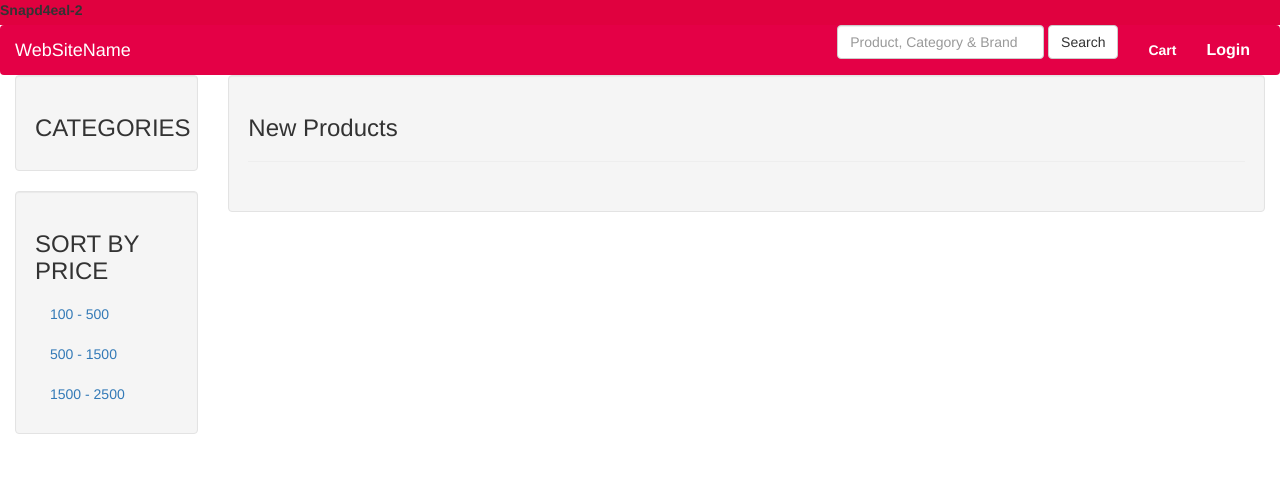
Repository: Aryans26/project
Page: http://localhost/frontend/WEB-INF/views/index.jsp
An editor plug-in stored every save of this project. The page is shown before and after the next save, followed by the edit.
The browser window is 1280 px wide. The pictures show the whole page.
Some web libraries are served in a nearby version. The page is served by Tomcat 9. Nobody is signed in. Other server files are loaded and not shown. The template is opened directly, without the code that normally fills it, so the values that code supplies are empty.

Above is the page before, as saved 2017-06-20 10:41:27.

### frontend/src/main/webapp/WEB-INF/views/index.jsp
<%@ taglib prefix="c" uri="http://www.springframework.org/tags"%>
<%@ taglib prefix="form" uri="http://www.springframework.org/tags/form"%>
<!doctype html>
<head>
<c:url value="/resource" var="res" />

<!-- <link rel="stylesheet" ref="https://maxcdn.bootstrapcdn.com/bootstrap/3.3.7/css/bootstrap.min.css"> -->
<script
	src="https://ajax.googleapis.com/ajax/libs/jquery/3.2.1/jquery.min.js"></script>
<script
	src="https://maxcdn.bootstrapcdn.com/bootstrap/3.3.7/js/bootstrap.min.js"></script>
<link rel="stylesheet" href="${res}/css/bootstrap.min.css" />
<link rel="stylesheet" href="${res}/css/style.css" />

</head>
<body>
<i class="fa fa-shopping-cart"></i>
	<%@include file="navbar.jsp"%>
	<%@include file="allproducts.jsp"%>
</body>
</html>

### frontend/src/main/webapp/WEB-INF/views/navbar.jsp
<%@ taglib prefix="c" uri="http://www.springframework.org/tags"%>
<%@ taglib prefix="form" uri="http://www.springframework.org/tags/form"%>
<%@ taglib prefix="security" uri="http://www.springframework.org/security/tags" %>
<%@ taglib prefix="c1" uri="http://java.sun.com/jsp/jstl/core"%>
<!DOCTYPE html >
<html>
<head>
<meta http-equiv="Content-Type" content="text/html; charset=ISO-8859-1">
<title>Insert title here</title>
</head>
<body>
	<div class="headder">
		<b>Snapd4eal-2</b>
	</div>

	<nav class="navbar navbar-default" style="color: white;">
		<div class="container-fluid">
			<div class="navbar-header">
				<button type="button" class="navbar-toggle" data-toggle="collapse" data-target="#myNavbar">
					<span class="icon-bar"></span> <span class="icon-bar"></span>
					<span class="icon-bar"></span>
				</button>
				<a class="navbar-brand" href="<c:url value="/"/>"
					style="color: white;">WebSiteName</a>
				<form class="navbar-form navbar-right visible-sm visible-xs">
					<div class="form-group">
						<input type="text" class="form-control"
							placeholder="Product, Category & Brand">
					</div>
					<button type="submit" class="btn btn-default">
						<i class="fa fa-search"></i>Search
					</button>

				</form>
			</div>
			<div class="collapse navbar-collapse" id="myNavbar">
			<c1:if test="${pageContext.request.userPrincipal.name!=null}">
			<security:authorize access="hasRole('ROLE_ADMIN')">
				<ul class="nav navbar-nav">
					<li style="color: white;"><a
						href="<c:url value="/category"/>">Add Category</a></li>
					<li style="color: white;"><a
						href="<c:url value="/addproduct"/>">Add Product</a></li>
					<li style="color: white;"><a
						href="<c:url value="/supplier"/>">Add Supplier</a></li>
<!-- 					<li style="color: white;"><a -->
<%-- 						href="<c:url value="/addcard"/>">Add Card</a></li> --%>

				</ul>
				</security:authorize>
				</c1:if>
				<ul class="nav navbar-nav navbar-right">
					<li><a href="<c:url value="/viewcart"/>"><i class="fa fa-shopping-cart"></i>
							Cart</a></li>

					<li class="dropdown"><a href="#" class="dropbtn"><span
							class="fa fa-sign-in"></span>
							<c1:if test="${pageContext.request.userPrincipal.name==null}"> Login </c1:if>
							 <c1:if test="${pageContext.request.userPrincipal.name!=null}">  Logout</c1:if></a>

						<div class="dropdown-content">
							<a href="#">your account</a>
							<a href="#">your orders</a>
							<c1:if test="${pageContext.request.userPrincipal.name==null}">

							<a href="<c:url value="/users"/>" class="hvr-reg-bordertop" > new user ?<br>
							<b>register</b></a>
<%-- <a href="<c:url value="/login"/>"><button type="button" class="btn btn-danger" style="width: 90%; margin: 10px;">Login</button></a> --%>
							<button type="button" class="btn btn-danger" data-toggle="modal"
								data-target="#myModal" style="width: 90%; margin: 10px;">Login</button>
								</c1:if>

								<c1:if test="${pageContext.request.userPrincipal.name!=null}">
					<a href="<c:url value="/j_spring_security_logout"/>"><button type="button" class="btn btn-danger" >Logout</button></a>
								</c1:if>
						</div></li>

				</ul>
				<form class="navbar-form navbar-right hidden-sm hidden-xs">
					<div class="form-group">
						<input type="text" class="form-control"
							placeholder="Product, Category & Brand">
					</div>
					<button type="submit" class="btn btn-default">
						<i class="fa fa-search"></i>Search
					</button>

				</form>

			</div>
		</div>
	</nav>


	<!-- Modal -->
	<div class="modal fade" id="myModal" role="dialog">
		<div class="modal-dialog modal-lg">
			<div class="modal-content">
				<div class="modal-header">
					<button type="button" class="close" data-dismiss="modal">&times;</button>
					<h4 class="modal-title">Login</h4>
				</div>
				<div class="modal-body">
				<c1:url value="/j_spring_security_check" var="a"/>
					<form role="form" method="post" action="${a} ">
						<div class="form-group">
				<label for="email">Email address:</label>
				<input type="email" class="form-control" id="email" name="j_username" placeholder="Email Id">
						</div>
						<div class="form-group">
				<label for="pwd">Password:</label>
				 <input type="password" class="form-control" id="pwd" name="j_password" placeholder="Password">
						</div>
						<div class="checkbox">
							<label><input type="checkbox"> Remember me</label>
						</div>
						<a class="cursor" data-dismiss="modal" data-toggle="modal"
							data-target="#myModal1">new User ? <b>register</b></a>
						<button type="submit" class="btn btn-success">Submit</button>
					</form>
				</div>
				<div class="modal-footer">
					<button type="button" class="btn btn-default" data-dismiss="modal">Close</button>
				</div>
			</div>
		</div>
	</div>

</body>
</html>

### frontend/src/main/webapp/WEB-INF/views/allproducts.jsp
<%@ taglib prefix="c" uri="http://www.springframework.org/tags"%>
<%@ taglib prefix="form" uri="http://www.springframework.org/tags/form"%>
<%@ taglib prefix="c1" uri="http://java.sun.com/jsp/jstl/core"%>
<%@ taglib prefix="security" uri="http://www.springframework.org/security/tags"%>
<!doctype html>
<head>
<c:url value="/resource" var="res" />

<!-- <link rel="stylesheet" ref="https://maxcdn.bootstrapcdn.com/bootstrap/3.3.7/css/bootstrap.min.css"> -->
<script
	src="https://ajax.googleapis.com/ajax/libs/jquery/3.2.1/jquery.min.js"></script>
<script
	src="https://maxcdn.bootstrapcdn.com/bootstrap/3.3.7/js/bootstrap.min.js"></script>
<link rel="stylesheet" href="${res}/css/bootstrap.min.css" />
<link rel="stylesheet" href="${res}/css/style.css" />

</head>
<body>



<div id="" class="col-md-2">
<div class="well well-small">
<h3>CATEGORIES</h3>
	<ul class="nav nav-list">
		<c1:forEach items="${categories}" var="cat">

      <li><a href="<c1:url value="/dispcategory/${cat.getC_id()}"/>"><span class="icon-chevron-right"></span> ${cat.getC_name()}</a></li>


         </c1:forEach>

<!-- 		<li style="border:0"> &nbsp;</li> -->
<!-- 		<li> <a class="totalInCart" href="cart.html"><strong>Total Amount  <span class="badge badge-warning pull-right" style="line-height:18px;">$448.42</span></strong></a></li> -->
	</ul>
</div>
<div class="well well-small">
<h3>SORT BY PRICE</h3>
	<ul class="nav nav-list">


      <li><a href="<c1:url value="/disrate/"/>"><span class="icon-chevron-right"></span>100 - 500 </a></li>
		<li><a href="<c1:url value="/disrate1/"/>"><span class="icon-chevron-right"></span>500 - 1500 </a></li>
		<li><a href="<c1:url value="/disrate2/"/>"><span class="icon-chevron-right"></span>1500 - 2500 </a></li>



<!-- 		<li style="border:0"> &nbsp;</li> -->
<!-- 		<li> <a class="totalInCart" href="cart.html"><strong>Total Amount  <span class="badge badge-warning pull-right" style="line-height:18px;">$448.42</span></strong></a></li> -->
	</ul>
</div>
</div>


	<div class="col-md-10">

<!--
New Products
-->
	<div class="well well-small" >
	<h3>New Products </h3>
	<hr class="soften"/>
		<div class="row">

			<div class="">
			  <ul class="thumbnails">
			  <c1:forEach var="pro" items="${products}">
				<li class="span3 col-md-3 col-sm-4">
				<div class="thumbnail">

					<a class="zoomTool" href="<c1:url value="/addtocart/${pro.getP_id()}"/>" title="add to cart"><span class="icon-shopping-cart"></span> Add to cart</a>
					<a href="#" class="tag"></a>
					<a href="<c1:url value="/viewpro/${pro.getP_id()}"/>" title="quick view">
					<img src="<c1:url value='/resource/images/${pro.getP_id()}.jpg'/>" alt="bootstrap-ring"></a>
					<h3>${pro.getP_name()}            &nbsp;  &nbsp;  &nbsp; ${pro.getP_c()}</h3>

				</div>
				</li>
				</c1:forEach>

			  </ul>

		   </div>
<!-- 		  <a class="left carousel-control" href="#newProductCar" data-slide="prev">&lsaquo;</a>Cycling of images -->
<!--             <a class="right carousel-control" href="#newProductCar" data-slide="next">&rsaquo;</a> -->
		  </div>
		  </div>
				</div>





</body>
</html>

### frontend/src/main/webapp/resource/css/style.css
@charset "utf-8";
/* CSS Document */
.headder {
	min-height: 25px;
	background-color: #E0013F;
}

.navbar-default, .navbar-default li {
	background-color: #e40046;
	color: white;
}

.navbar-default li a {
	color: #FFF;
	font-weight: bold;
}

.navbar-nav li:hover, .navbar-nav li:focus, .navbar-nav li:active {
	background-color: #333;
}

.navbar-nav dropdown:hover {
	background-color: #333;
}

.dropbtn {
	color: white;
	padding: 16px;
	font-size: 16px;
	border: none;
	cursor: pointer;
}

.
.dropdown:hover {
	background-color: #333;
	color: white;
	padding: 16px;
	font-size: 16px;
	border: none;
	cursor: pointer;
}

.dropdown {
	position: relative;
	display: inline-block;
}

.dropdown-content {
	display: none;
	position: absolute;
	background-color: #333;
	min-width: 160px;
	right: 5px;
	box-shadow: 0px 8px 16px 0px rgba(0, 0, 0, 0.2);
	z-index: 1;
}

.dropdown-content a {
	color: black;
	font-size: 14px !important;
	font-weight: normal !important;
	text-align: center;
	padding: 12px 16px;
	text-decoration: none;
	display: block;
}

.dropdown-content a:hover {
	background-color: #000;
}

.dropdown:hover .dropdown-content {
	display: block;
}

.dropdown:hover .dropbtn {
	background-color: #333;
}

.dropdown-content .hvr-reg-bordertop {
	border-top: 1px solid #999;
	padding-top: 20px;
	margin-bottom: 0;
	padding-bottom: 0;
}

.cursor {
	cursor: pointer;
}

.form-fill{
	max-width:500px;
	box-shadow:2px 2px 8px  grey;
	padding:30px 20px;
	margin:10px auto;
	border-radius:10px;
}

.form-list-table{
	border:2px solid grey;
	box-shadow:4px 4px 8px grey;
	border-radius:10px;
}
.head3{
	color:#e40046;
	font-weight:bold;
	text-align:center;
	text-shadow:2px 2px 4px grey;
}

.items-list-head > div{
	Color:red;
	text-align:center;
	font-weight:bolder;
	font-size:20px;
}
.items-list > div{
	border-top:1px solid grey;
	line-height:40px;
	text-align:center;
	font-weight:bold;
}

Loaded but not shown: frontend/src/main/webapp/resource/css/bootstrap.min.css (library)

After the next save:
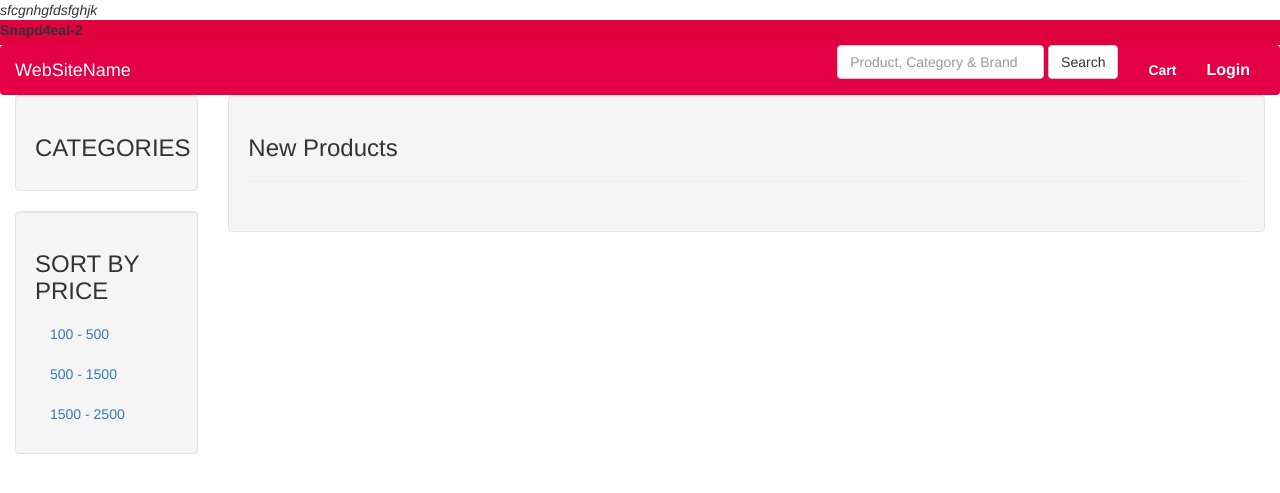
Saved 17 s later.
--- a/frontend/src/main/webapp/WEB-INF/views/index.jsp
+++ b/frontend/src/main/webapp/WEB-INF/views/index.jsp
@@ -14,7 +14,7 @@
 
 </head>
 <body>
-<i class="fa fa-shopping-cart"></i>
+<i class="fa fa-shopping-cart">sfcgnhgfdsfghjk</i>
 	<%@include file="navbar.jsp"%>
 	<%@include file="allproducts.jsp"%>
 </body>
